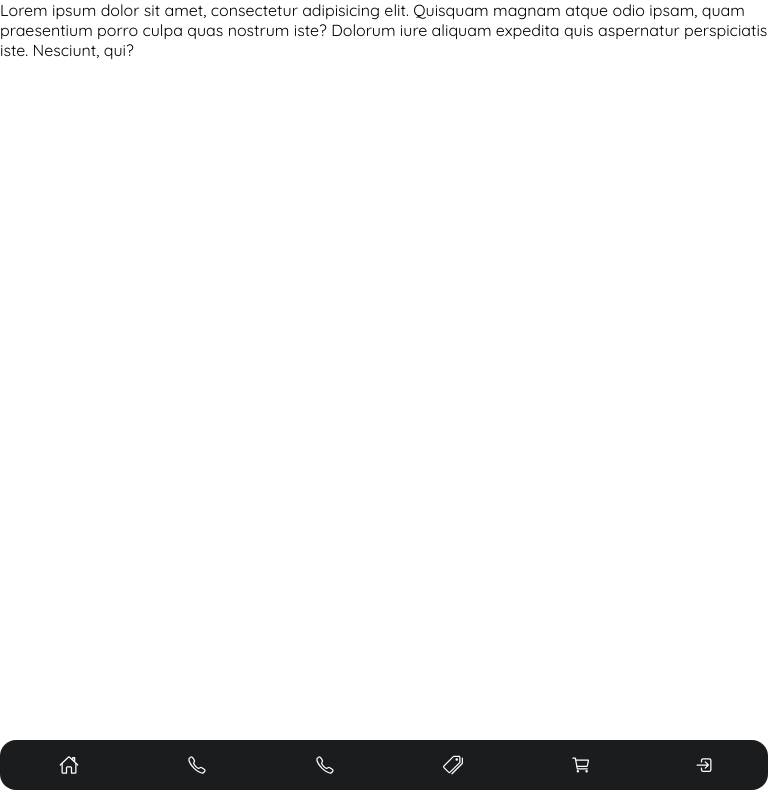
Repository: Fuocmanh/demo
Page: site/nav.html
The author's editor kept a copy of each file at every save. The page is drawn from the files as they stood at one save, then again after the next save.
The browser window is 768 px wide. The pictures show the whole page.

Above is the page before, as saved 2022-12-30 17:10:15.

After the next save:
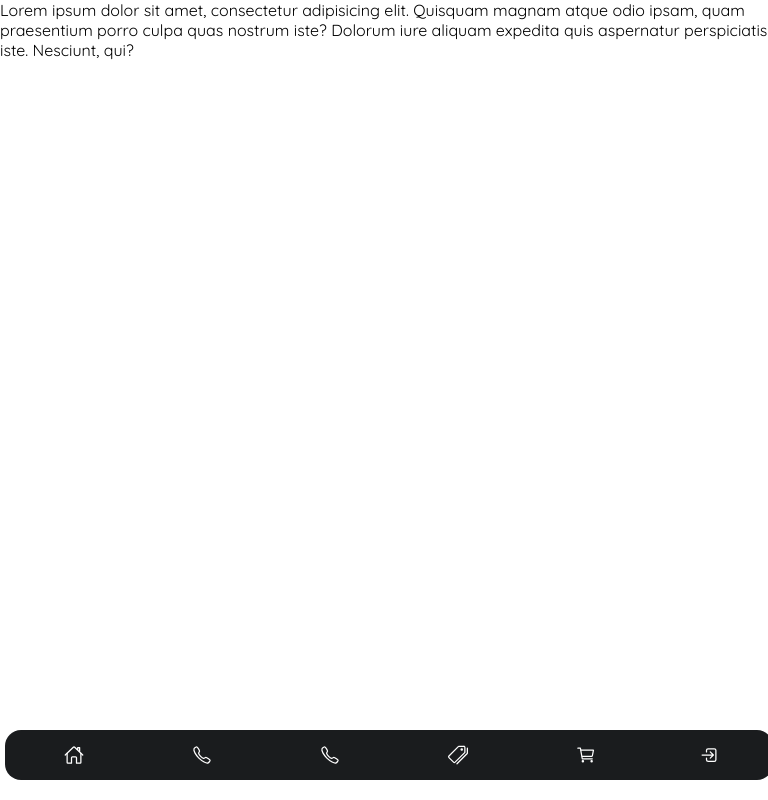
Saved 7 s later.
--- a/css/style.css
+++ b/css/style.css
@@ -102,8 +102,8 @@
     #sidebar {
         position: fixed;
         bottom: 10px;
-        margin: 0;
-        padding: 0 !important;
+        /* margin: 0;
+        padding: 0 !important; */
         height: max-content;
         width: 100%;
         /* background-color: #1A1C1E; */

After the save that followed:
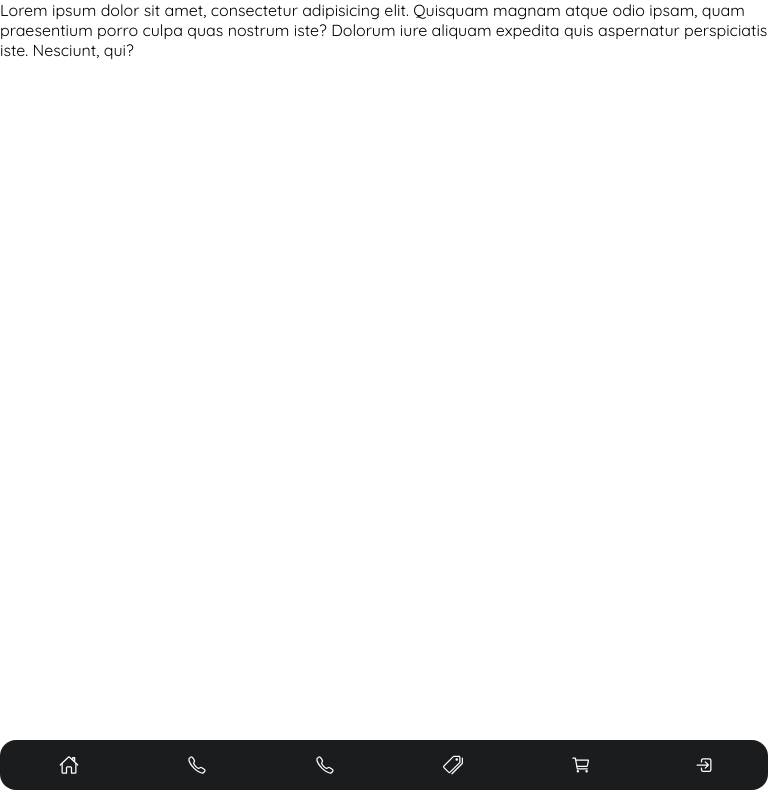
Saved 43 s later.
--- a/css/style.css
+++ b/css/style.css
@@ -102,8 +102,8 @@
     #sidebar {
         position: fixed;
         bottom: 10px;
-        /* margin: 0;
-        padding: 0 !important; */
+        margin: 0;
+        padding: 0 !important;
         height: max-content;
         width: 100%;
         /* background-color: #1A1C1E; */
